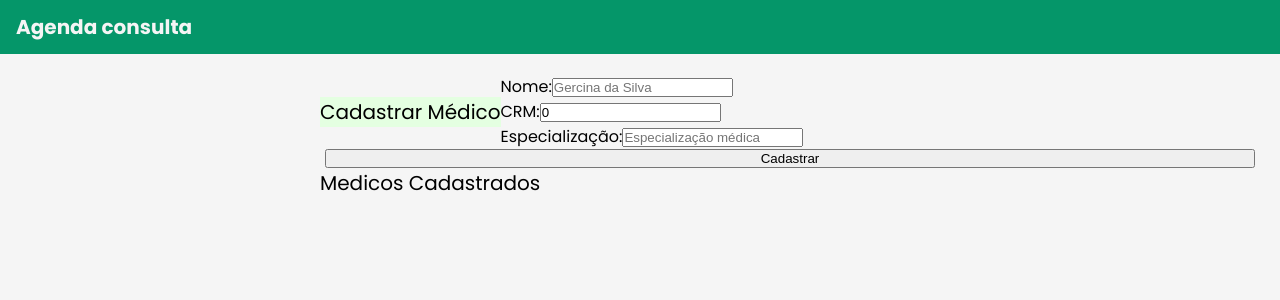
Repository: BarbaraCD/agendaconsulta
Page: /
These files come from the project's save history. The page is drawn as it stood at one moment and after the next save; the edit follows.
The browser window is 1280 px wide. The pictures show the whole page.
The page's requests for data from a server got no answer. The project was rebuilt for these pictures with package versions that can differ from the ones it lists, and the page was loaded fresh each time. No one was signed in, and anything a server would have sent is missing. Also part of the build but not shown: vite.config.ts.

Above is the page before, as saved 2023-07-26 17:26:14.

### index.html
<!DOCTYPE html>
<html lang="en">
  <head>
    <meta charset="UTF-8" />
    <link rel="icon" type="image/svg+xml" href="/vite.svg" />
    <meta name="viewport" content="width=device-width, initial-scale=1.0" />

    <link rel="preconnect" href="https://fonts.googleapis.com">
    <link rel="preconnect" href="https://fonts.gstatic.com" crossorigin>
    <link href="https://fonts.googleapis.com/css2?family=Poppins:wght@400;500;700&display=swap" rel="stylesheet">

    <title>Agendamento de Consulta</title>
  </head>
  <body>
    <div id="root"></div>
    <script type="module" src="/src/main.tsx"></script>
  </body>
</html>

### src/main.tsx
import React from 'react'
import ReactDOM from 'react-dom/client'
import App from './App.tsx'
import { ThemeProvider } from 'styled-components'
import { theme } from './styles/Theme.ts'

ReactDOM.createRoot(document.getElementById('root')!).render(
  <React.StrictMode>
    <ThemeProvider theme={theme}>
      <App />
    </ThemeProvider>
  </React.StrictMode>,
)

### src/App.tsx
import './styles/global'
import { Header } from './components/Header'
import GlobalStyle from './styles/global'
import { CreateDoctor } from './components/CreateDoctor'

function App() {

  return (
    <>
      <GlobalStyle />
      <Header />
      {/* <Sidebar /> */}
      <CreateDoctor/>

    </>
  )
}

export default App

### src/styles/Theme.ts

export const theme = {
  colors: {
    primary: '#059669',
    head: '#059669B3',
    900: '#6A8D73',
    800: '#AFC5A6',
    700: '#F4FDD9',
    100: '#E4FFE1',

    sbcolor: '#DCE2E6',
    gray: '#41414D',
    black: '#000',
    white: '#f5f5f5',
  },

  size: {
    sm: '14px',
    md: '16px',
    lg: '18px',
    xl: '20px',
    xxl: '24px'
  }
}

### src/styles/global.ts
import { createGlobalStyle } from 'styled-components'

export default createGlobalStyle`
  *{
    margin: 0;
    padding: 0;
    box-sizing: border-box;
  }
  body{
    font-family: 'Poppins', sans-serif;
    background: ${(props) => props.theme.colors.white};
    font-size: ${(props) => props.theme.size.xl};
  }
`

### src/components/Header.tsx
import { styled } from "styled-components"

const Container = styled.div`
  background-color: ${(props) => props.theme.colors.primary};
  padding: 12px 16px;
  color: ${(props) => props.theme.colors.white};
  font-weight: 700;
`

export function Header(){
  return (
    <Container>
      Agenda consulta
    </Container>
  )
}

### src/components/CreateDoctor.tsx
import { useEffect, useState } from 'react'
import { Doctors, DoctorsProps } from './Doctors'
import { createDoctor, getDoctors } from '../services/doctor.services'
import { InputDoctors } from './InputDoctors'
import { SubmitButton } from './SubmitButton'
import { styled } from 'styled-components'

const DocContainer = styled.div`
  display: flex;
  flex-direction: column;
  margin-left: 300px;
  padding: 20px;
`
const DocStyle = styled.div`
  margin-top: 16px;
`

export function CreateDoctor(){

  const [doctor, setDoctors] = useState<DoctorsProps[]>([])
  const [newDoctor, setNewDoctor] = useState<DoctorsProps>({
    name: '',
    specialization: '',
    crm: 0,
  })

  useEffect(() => {
    fetchDoctor().catch((error) => {
      console.error('Error fetching doctors:', error);
    });
  }, []);

  async function fetchDoctor() {
    const response: DoctorsProps[] = await getDoctors();
    const fetchedDoctor = response;
    setDoctors(fetchedDoctor);
  }

  async function createNewDoctor(){
    if(
      newDoctor?.name.trim() !== '' &&
      newDoctor?.crm.trim() !== '' &&
      newDoctor?.specialization.trim() !== 0
      ){
        await createDoctor(newDoctor)
        fetchDoctor()
        setNewDoctor({
          name: '',
          crm: 0,
          specialization: ''
        })
      }
  }

  return(
    <DocContainer>
      <InputDoctors
        name={newDoctor.name}
        especializacao={newDoctor.specialization}
        crm={newDoctor.crm.toString()}
        onNameChange={(value) => setNewDoctor({ ...newDoctor, name: value })}
        onEspecializacaoChange={(value) =>
          setNewDoctor({ ...newDoctor, specialization: value })
        }
        onCrmChange={(value) => setNewDoctor({ ...newDoctor, crm: value })}
      />

        <SubmitButton onClick={createNewDoctor}/>

        <div>
          <span>Medicos Cadastrados</span>
          <Doctors name={doctor.name} crm={doctor.crm} specialization={doctor.specialization} />
        </div>

    </DocContainer>
  )
}

### src/components/Doctors.tsx
import { styled } from "styled-components"

const StyleDoctors = styled.div`
  background: ${(props) => props.theme.colors.white};
`

export type DoctorsProps = {
  name: string
  crm: number
  specialization: string
}

export function Doctors(props: DoctorsProps){

  return(
    <StyleDoctors>
      <span>{props.crm}</span>
      <span>{props.name}</span>
      <span>{props.specialization}</span>
    </StyleDoctors>
  )
}

### src/services/doctor.services.ts
import { DoctorsProps } from '../components/Doctors'
import { api } from './ApiConfig'

export async function getDoctors(): Promise<DoctorsProps[]> {
  return api.get('/doctor')
}

export async function createDoctor(name: string, crm: number, specialization: string){
  return api.post('/doctor', {
    name,
    crm,
    specialization
  })
}

### src/components/InputDoctors.tsx

import styled from "styled-components"

const DoctorContainer = styled.div`
  display: flex;
  justify-content: start;
  align-items: center;
  color: ${(props) => props.theme.colors.black};
  font-size: ${(props) => props.theme.size.md};

  span {
    font-size: ${(props) => props.theme.size.xl};
    background-color: ${(props) => props.theme.colors[100]};
  }
`

interface InputDoctorsProps{
  name: string
  crm: number
  specialization: string
  onNameChange: (value: string) => void
  onCrmChange: (value: number) => void
  onSpecializationChange: (value: string) => void
}

export function InputDoctors(props: InputDoctorsProps) {
  return (
    <DoctorContainer>
      <span>Cadastrar Médico</span>
      <form onSubmit={(event) => event.preventDefault()}>
        <label>
          Nome:
          <input
            type="text"
            name="nome"
            value={props.name}
            onChange={(event) => props.onNameChange(event.target.value)}
            placeholder='Gercina da Silva'
          />
        </label>
        <br />
        <label>
          CRM:
          <input
            type="text"
            name="crm"
            value={props.crm}
            onChange={(event) => props.onCrmChange(Number(event.target.value))}
            placeholder='Número do CRM'
          />
        </label>
        <br />
        <label>
          Especialização:
          <input
            type="text"
            name="specialization"
            value={props.specialization}
            onChange={(event) => props.onSpecializationChange(event.target.value)}
            placeholder='Especialização médica'
          />
        </label>
      </form>
    </DoctorContainer>
  )
}

### src/components/SubmitButton.tsx
import { styled } from "styled-components"

interface SubmitButtonProps {
  onClick: () => void
}

const StyledButton = styled.button`
  justify-content: center;
  align-items: center;
  margin: 0 5px;
`

export function SubmitButton({ onClick }: SubmitButtonProps) {
  return (
    <StyledButton onClick={onClick}>
      Cadastrar
    </StyledButton>
  )
}

### src/services/ApiConfig.ts
import axios from "axios";

export const api = axios.create({
  baseURL: 'http://localhost:3333',
})

After the next save:
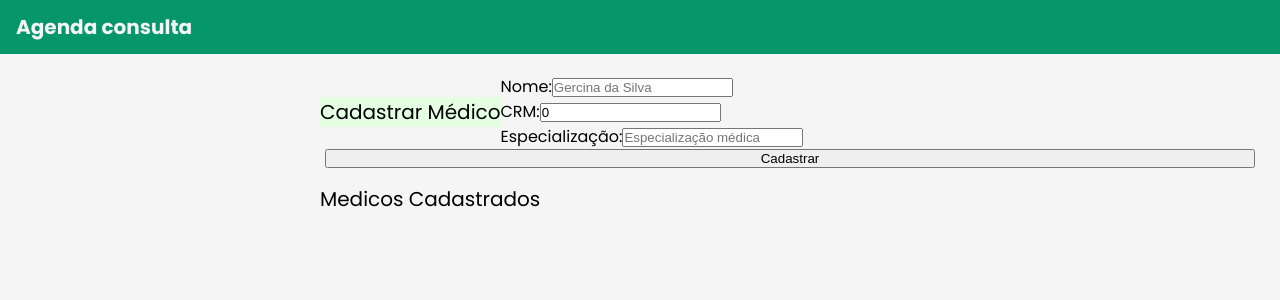
Saved 13 s later.
--- a/src/components/CreateDoctor.tsx
+++ b/src/components/CreateDoctor.tsx
@@ -67,10 +67,10 @@ export function CreateDoctor(){
 
         <SubmitButton onClick={createNewDoctor}/>
 
-        <div>
+        <DocStyle>
           <span>Medicos Cadastrados</span>
           <Doctors name={doctor.name} crm={doctor.crm} specialization={doctor.specialization} />
-        </div>
+        </DocStyle>
 
     </DocContainer>
   )
